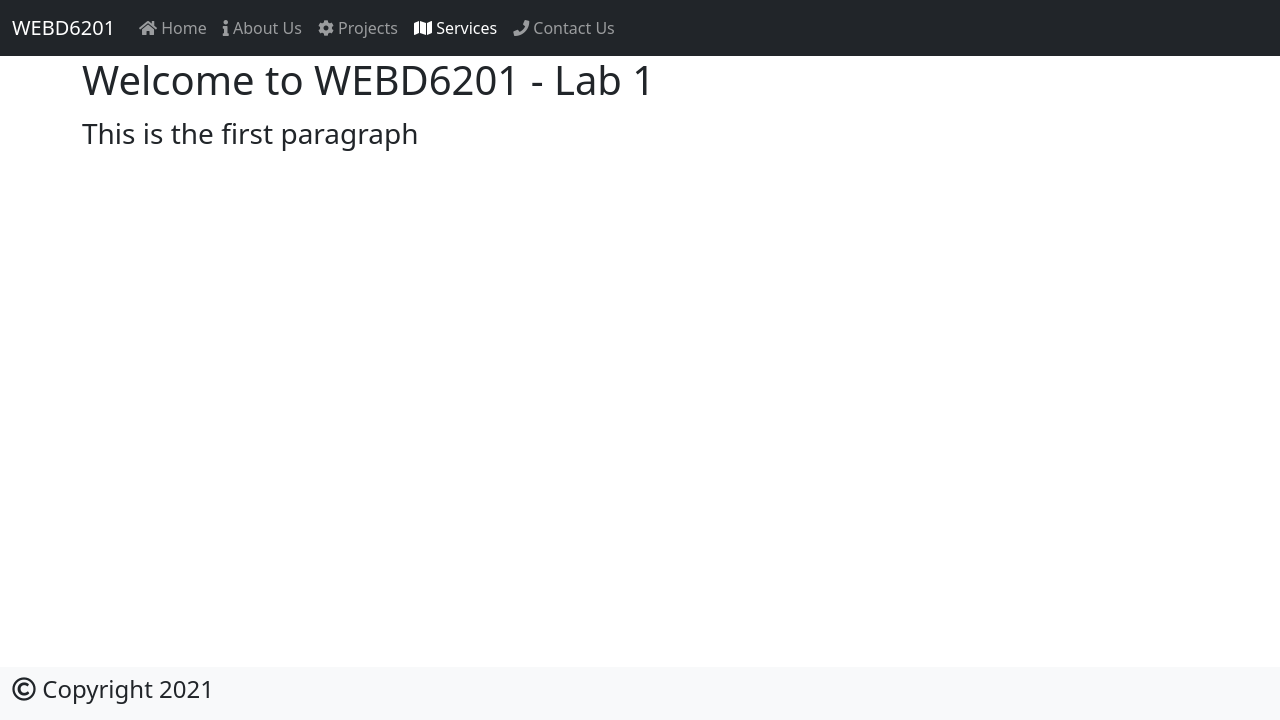
Repository: spencernewellevans/WEBD6201-ICE01
Page: services.html
These files come from the project's save history. The page is drawn as it stood at one moment and after the next save; the edit follows.
The browser window is 1280 px wide. The pictures show the whole page.

Above is the page before, as saved 2021-01-22 19:07:33.

After the next save:
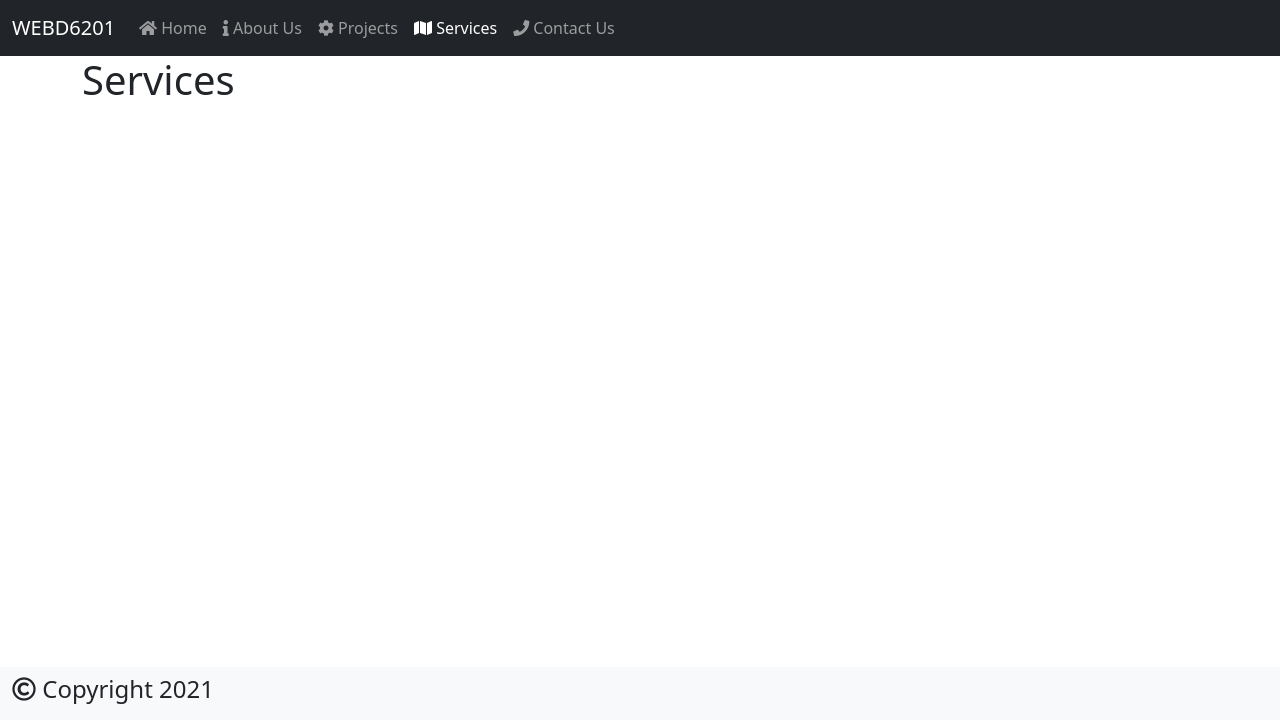
Console error: TypeError: Cannot set properties of null (setting 'textContent')
Saved 76 s later.
--- a/services.html
+++ b/services.html
@@ -48,8 +48,7 @@
 
     <!-- Main Content -->
     <main class="container">
-        <h1>Welcome to WEBD 6201</h1>
-        <p id="paragraphOne"></p>
+        <h1>Services</h1>
     </main>
 
     <!-- Main Footer -->
